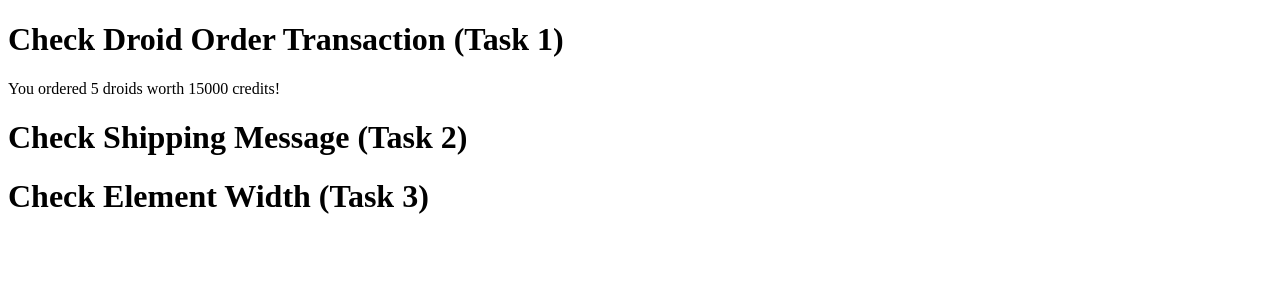
Repository: SvitSh/goit-js-hw-01
Page: js/index.html
These files come from the project's save history. The page is drawn as it stood at one moment and after the next save; the edit follows.
The browser window is 1280 px wide. The pictures show the whole page.

Above is the page before, as saved 2025-03-22 17:47:55.
Console error: ReferenceError: getShippingMessage is not defined
Not found: js/goit-js-hw-01/js/task-2.js
Not found: js/goit-js-hw-01/js/task-3.js

After the next save:
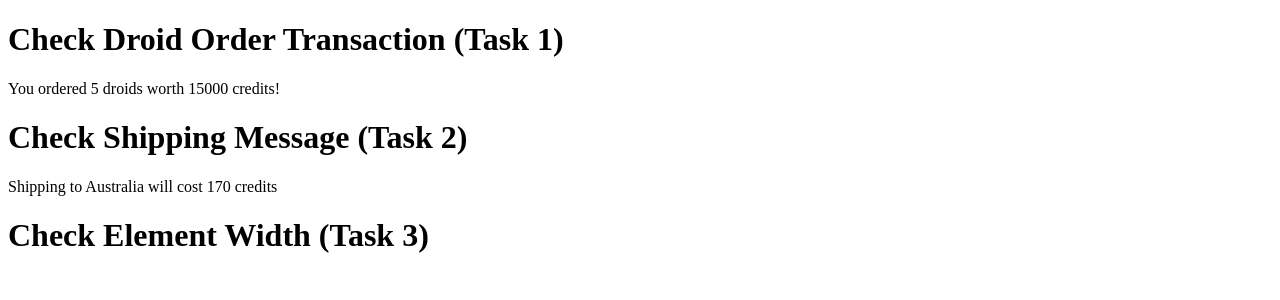
Console error: ReferenceError: getElementWidth is not defined
Saved 6 s later.
--- a/js/index.html
+++ b/js/index.html
@@ -20,7 +20,7 @@
 
     <!-- Подключение файлов с задачами -->
     <script src="js/task-1.js"></script>
-    <script src="goit-js-hw-01/js/task-2.js"></script>
+    <script src="js/task-2.js"></script>
     <script src="goit-js-hw-01/js/task-3.js"></script>
 
     <script>
